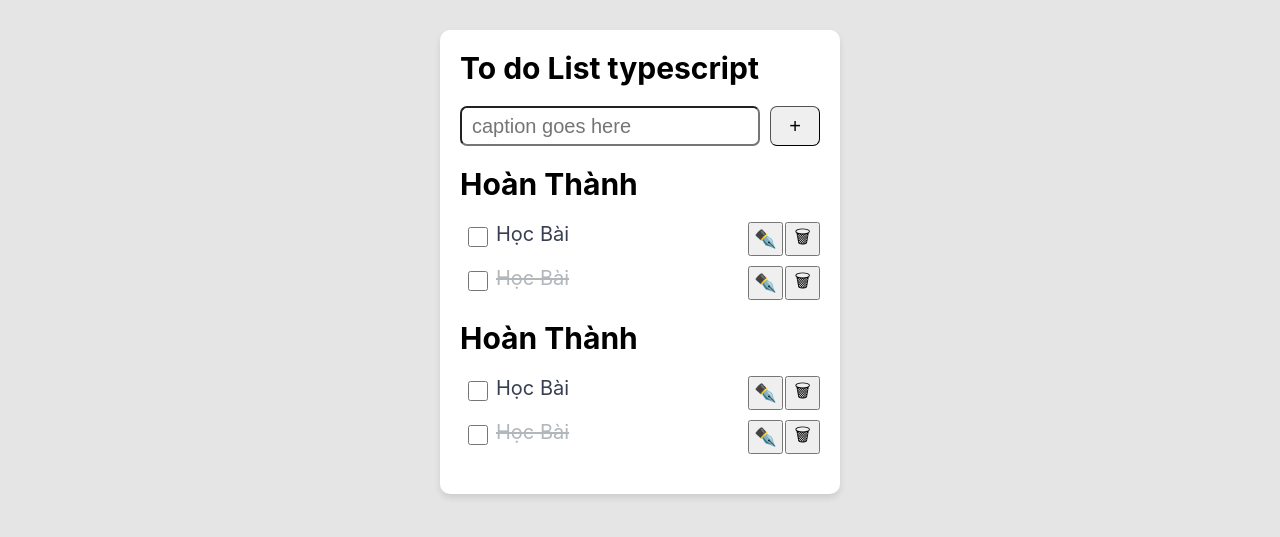
Repository: hungdomanh95/focus
Page: /
The author's editor kept a copy of each file at every save. The page is drawn from the files as they stood at one save, then again after the next save.
The browser window is 1280 px wide. The pictures show the whole page.
The project was rebuilt for these pictures with package versions that can differ from the ones it lists, and the page was loaded fresh each time.

Above is the page before, as saved 2023-04-06 23:47:41.

After the next save:
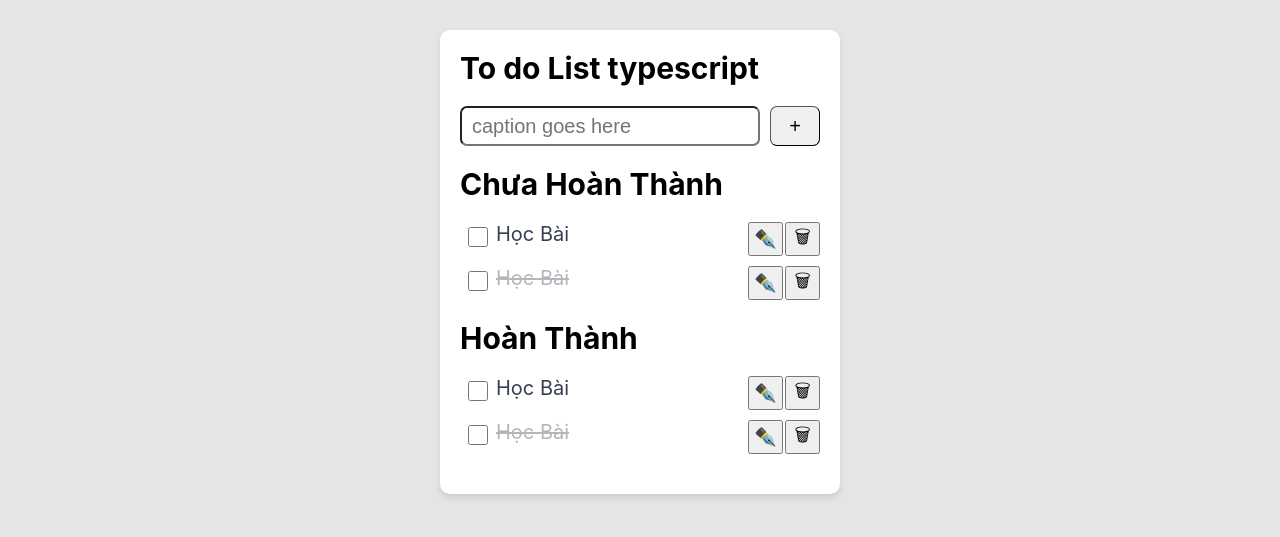
Saved 78 s later.
--- a/src/components/TaskList/TaskList.tsx
+++ b/src/components/TaskList/TaskList.tsx
@@ -1,9 +1,10 @@
 import React from 'react'
 import styles from './taskList.module.scss'
-function TaskList() {
+function TaskList(props) {
+  const {doneTaskList} = props
   return (
     <div className='mb-2'>
-      <h2 className={styles.title}>Hoàn Thành</h2>
+      <h2 className={styles.title}>{ doneTaskList ? "Hoàn Thành" : "Chưa Hoàn Thành"}</h2>
       <div className={styles.tasks}>
         <div className={styles.task}>
           <input type='checkbox' className={styles.taskCheckbox} />
